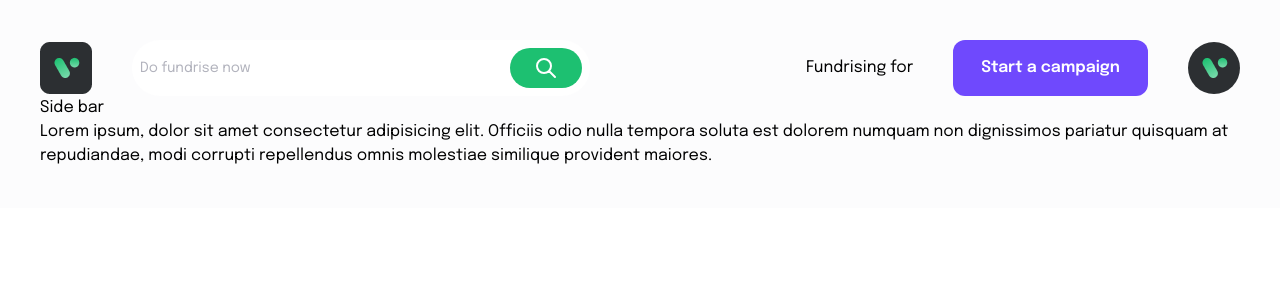
Repository: hoang0508/CrowFunding-APP
Page: /
An editor plug-in stored every save of this project. The page is shown before and after the next save, followed by the edit.
The browser window is 1280 px wide. The pictures show the whole page.
The project was rebuilt for these pictures with package versions that can differ from the ones it lists, and the page was loaded fresh each time. Also part of the build but not shown: src/components/common/ErrorComponent.js, src/components/button/ButtonGoogle.js. Imported but missing from the stored project, and not drawn on this page: src/store/reducers.

Above is the page before, as saved 2022-07-21 08:16:32.

### public/index.html
<!DOCTYPE html>
<html lang="en">
  <head>
    <meta charset="utf-8" />
    <link rel="icon" href="%PUBLIC_URL%/favicon.ico" />
    <meta name="viewport" content="width=device-width, initial-scale=1" />
    <meta name="theme-color" content="#000000" />
    <meta
      name="description"
      content="Web site created using create-react-app"
    />
    <link rel="apple-touch-icon" href="%PUBLIC_URL%/logo192.png" />
    <!--
      manifest.json provides metadata used when your web app is installed on a
      user's mobile device or desktop. See https://developers.google.com/web/fundamentals/web-app-manifest/
    -->
    <link rel="manifest" href="%PUBLIC_URL%/manifest.json" />
    <!--
      Notice the use of %PUBLIC_URL% in the tags above.
      It will be replaced with the URL of the `public` folder during the build.
      Only files inside the `public` folder can be referenced from the HTML.

      Unlike "/favicon.ico" or "favicon.ico", "%PUBLIC_URL%/favicon.ico" will
      work correctly both with client-side routing and a non-root public URL.
      Learn how to configure a non-root public URL by running `npm run build`.
    -->
    <link rel="preconnect" href="https://fonts.googleapis.com" />
    <link rel="preconnect" href="https://fonts.gstatic.com" crossorigin />
    <link
      href="https://fonts.googleapis.com/css2?family=Epilogue:wght@400;500;600;700&display=swap"
      rel="stylesheet"
    />
    <title>Crowfunding App</title>
  </head>
  <body>
    <noscript>You need to enable JavaScript to run this app.</noscript>
    <div id="root"></div>
    <!--
      This HTML file is a template.
      If you open it directly in the browser, you will see an empty page.

      You can add webfonts, meta tags, or analytics to this file.
      The build step will place the bundled scripts into the <body> tag.

      To begin the development, run `npm start` or `yarn start`.
      To create a production bundle, use `npm run build` or `yarn build`.
    -->
  </body>
</html>

### src/index.js
import React from "react";
import { createRoot } from "react-dom/client";
import App from "./App";
import reportWebVitals from "./reportWebVitals";
import "./index.scss";
import { Provider } from "react-redux";
import { store } from "./store/configureStore";
import { BrowserRouter } from "react-router-dom";

const container = document.getElementById("root");
const root = createRoot(container);

root.render(
  <BrowserRouter>
    <Provider store={store}>
      <App />
    </Provider>
  </BrowserRouter>
);

// If you want to start measuring performance in your app, pass a function
// to log results (for example: reportWebVitals(console.log))
// or send to an analytics endpoint. Learn more: https://bit.ly/CRA-vitals
reportWebVitals();

### src/App.js
import React, { lazy, Suspense } from "react";
import { Route, Routes } from "react-router-dom";
const SignUpPage = lazy(() => import("./pages/SignUpPage"));
const SignInPage = lazy(() => import("./pages/SignInPage"));
const DashboardPage = lazy(() => import("pages/DashboardPage"));

function App() {
  return (
    <Suspense fallback={<></>}>
      <Routes>
        <Route path="/" element={<DashboardPage />}></Route>
        <Route path="/sign-up" element={<SignUpPage />}></Route>
        <Route path="/sign-in" element={<SignInPage />}></Route>
      </Routes>
    </Suspense>
  );
}

export default App;

### src/index.scss
@tailwind base;
@tailwind components;
@tailwind utilities;
@layer base {
  body {
    @apply font-primary text-base font-normal;
    line-height: 1.5;
  }
  input {
    @apply outline-none;
  }
}

input:focus + .error-input {
  display: none;
}

### src/store/configureStore.js
import { configureStore } from "@reduxjs/toolkit";
import createSagaMiddleware from "@redux-saga/core";
import logger from "redux-logger";
import { reducer } from "./reducers";
const sagaMiddleware = createSagaMiddleware();

export const store = configureStore({
  reducer: reducer,
  middleware: (gDM) => gDM().concat(logger, sagaMiddleware),
});
// sagaMiddleware.run(rootSaga);

### src/pages/DashboardPage.js
import LayoutDashboard from "layout/LayoutDashboard";
import React from "react";

const DashboardPage = () => {
  return (
    <LayoutDashboard>
      Lorem ipsum, dolor sit amet consectetur adipisicing elit. Officiis odio
      nulla tempora soluta est dolorem numquam non dignissimos pariatur quisquam
      at repudiandae, modi corrupti repellendus omnis molestiae similique
      provident maiores.
    </LayoutDashboard>
  );
};

export default DashboardPage;

### src/components/button/index.js
export const { default: Button } = require("./Button");
export const { default: ButtonGoogle } = require("./ButtonGoogle");

### src/layout/LayoutDashboard.js
import DashboardSidebar from "modules/dashboard/DashboardSidebar";
import DashboardTopbar from "modules/dashboard/DashboardTopbar";
import React from "react";

const LayoutDashboard = ({ children }) => {
  return (
    <div className="p-10 bg-lite">
      <DashboardTopbar></DashboardTopbar>
      <div>
        <DashboardSidebar></DashboardSidebar>
        <div>{children}</div>
      </div>
    </div>
  );
};

export default LayoutDashboard;

### src/components/button/Button.js
import React from "react";
import PropTypes from "prop-types";
import classNames from "utils/className";

const Button = ({
  type,
  children,
  className = "",
  isLoading = false,
  ...rest
}) => {
  const child = !!isLoading ? (
    <div className="w-10 h-10 border-4 border-white border-t-transparent border-b-transparent rounded-full animate-spin"></div>
  ) : (
    children
  );
  return (
    <button
      type={type}
      className={classNames(
        "font-semibold p-4 rounded-xl flex justify-center items-center min-h-[56px]  text-white",
        !!isLoading ? "opacity-50 pointer-events-none" : "",
        className
      )}
      // className={`font-semibold py-4 rounded-xl flex justify-center items-center min-h-[56px]
      // ${className} text-white ${
      //   !!isLoading ? "opacity-50 pointer-events-none" : ""
      // }`}
      {...rest}
    >
      {child}
    </button>
  );
};

Button.propTypes = {
  type: PropTypes.string.isRequired,
  className: PropTypes.string,
  children: PropTypes.node,
  isLoading: PropTypes.bool,
};

export default Button;

### src/modules/dashboard/DashboardSidebar.js
import React from "react";

const DashboardSidebar = () => {
  return <div>Side bar</div>;
};

export default DashboardSidebar;

### src/modules/dashboard/DashboardTopbar.js
import { Button } from "components/button";
import React from "react";
import DashboardSearch from "./DashboardSearch";

const DashboardTopbar = () => {
  return (
    <div className="flex items-center justify-between">
      <div className="flex items-center gap-x-10 flex-1">
        <img src="/logo.png" alt="crowfunding-app" />
        <div className="w-full max-w-[458px] ">
          <DashboardSearch></DashboardSearch>
        </div>
      </div>
      <div className="flex items-center gap-x-10 flex-1 justify-end">
        <span>Fundrising for</span>
        <Button className="bg-secondary px-7">Start a campaign</Button>
        <img
          src="/logo.png"
          alt="crowfunding-app"
          className="rounded-full object-cover"
        />
      </div>
    </div>
  );
};

export default DashboardTopbar;

### src/utils/className.js
export default function classNames(...args) {
  return args
    .reduce((acc, val) => {
      if (typeof val === "string") {
        return acc.concat(val.split(" "));
      }
      return acc.concat(Object.values(val));
    }, [])
    .join(" ");
}

### src/modules/dashboard/DashboardSearch.js
import React from "react";

const DashboardSearch = () => {
  return (
    <div className="bg-white rounded-full shadow-[10px_10px_20px_rgba(218, 213, 213, 0.15)] p-2 flex items-center">
      <div className="flex-1">
        <input
          type="text"
          placeholder="Do fundrise now"
          className=" w-full text-sm font-normal placeholder:text-text4 text-text1"
        />
      </div>
      <button className="w-[72px] h-10 rounded-full bg-primary text-white flex items-center justify-center flex-shrink-0">
        <svg
          xmlns="http://www.w3.org/2000/svg"
          className="h-6 w-6"
          fill="none"
          viewBox="0 0 24 24"
          stroke="currentColor"
        >
          <path
            strokeLinecap="round"
            strokeLinejoin="round"
            strokeWidth={2}
            d="M21 21l-6-6m2-5a7 7 0 11-14 0 7 7 0 0114 0z"
          />
        </svg>
      </button>
    </div>
  );
};

export default DashboardSearch;

### tailwind.config.js
module.exports = {
  darkMode: "class",
  content: ["./src/**/*.{js,jsx,ts,tsx}"],
  theme: {
    extend: {
      fontFamily: {
        primary: ["Epilogue", "sans-serif;"],
      },
      colors: {
        primary: "#1DC071",
        secondary: "#6F49FD",
        text1: "#171725",
        text2: "#4B5264",
        text3: "#808191",
        text4: "#B2B3BD",
        "icon-color": "#A2A2A8",
        white: "#FFFFFF",
        whiteSoft: "#FCFBFF",
        graySoft: "#FCFCFC",
        strock: "#F1F1F3",
        lite: "#FCFCFD",
        error: "#EB5757",
        darkbg: "#13131A",
        darkSecondary: "#1C1C24",
        softDark: "#22222C",
        darkSoft: "#24242C",
        darkStroke: "#3A3A43",
      },
    },
  },
  plugins: [],
};

Loaded but not shown: src/reportWebVitals.js (common file)

After the next save:
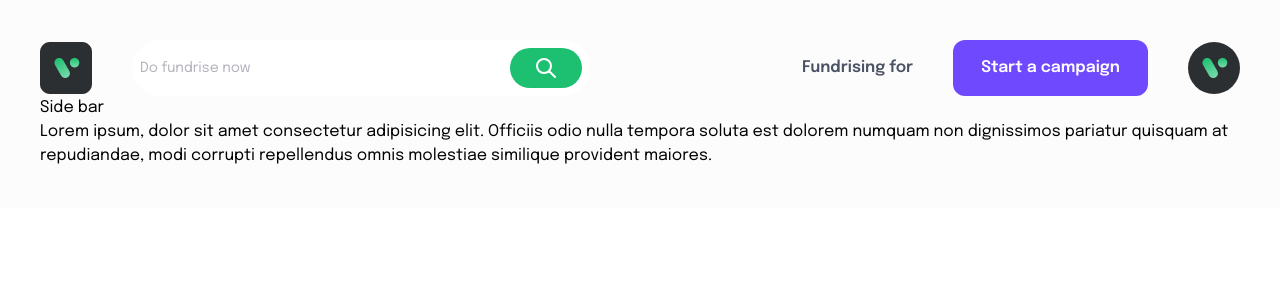
Saved 2 min 24 s later.
--- a/src/modules/dashboard/DashboardTopbar.js
+++ b/src/modules/dashboard/DashboardTopbar.js
@@ -12,7 +12,9 @@ const DashboardTopbar = () => {
         </div>
       </div>
       <div className="flex items-center gap-x-10 flex-1 justify-end">
-        <span>Fundrising for</span>
+        <div className="text-text2 font-semibold flex items-center">
+          Fundrising for
+        </div>
         <Button className="bg-secondary px-7">Start a campaign</Button>
         <img
           src="/logo.png"
